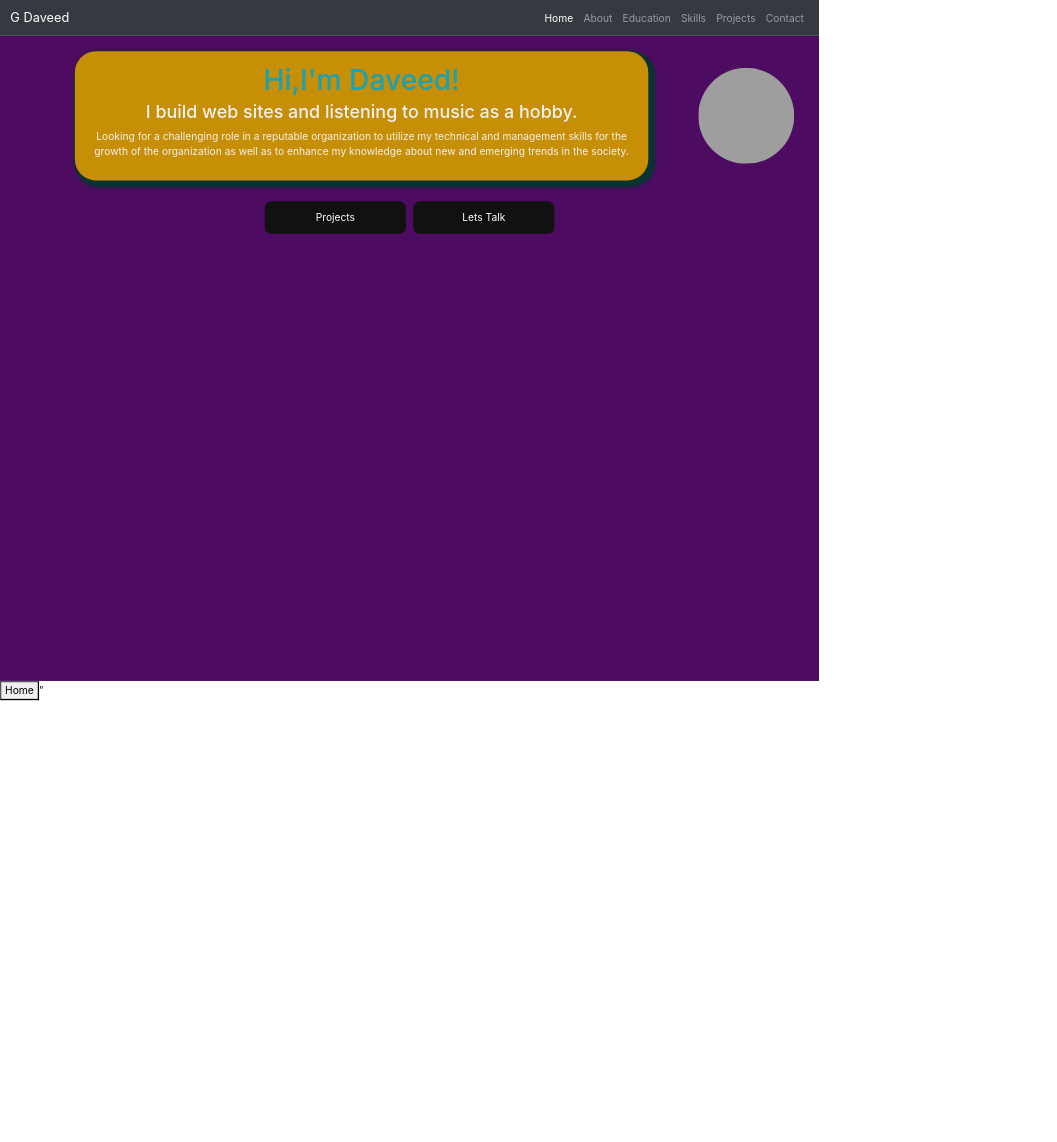
Repository: DaveedGangi/DaveedWebsite
Page: one.html
The author's editor kept a copy of each file at every save. The page is drawn from the files as they stood at one save, then again after the next save.
The browser window is 1280 px wide. The page is 1280 px wide, then 1652 px, then 1280 px, so the pictures cover 1652 px, including what lies to the right of the window. The pictures show the whole page, at 64% of full size.
Pictures or frames that could not be fetched are drawn as grey boxes.

Above is the page before, as saved 2023-10-23 13:59:18.

### one.html
<html>
    <head>
    <link rel="stylesheet" href="two.css"></link>
    <link rel="stylesheet" href="https://cdn.jsdelivr.net/npm/bootstrap@4.5.3/dist/css/bootstrap.min.css" integrity="sha384-TX8t27EcRE3e/ihU7zmQxVncDAy5uIKz4rEkgIXeMed4M0jlfIDPvg6uqKI2xXr2" crossorigin="anonymous">
    <script src="https://code.jquery.com/jquery-3.5.1.slim.min.js" integrity="sha384-DfXdz2htPH0lsSSs5nCTpuj/zy4C+OGpamoFVy38MVBnE+IbbVYUew+OrCXaRkfj" crossorigin="anonymous"></script>
    <script src="https://cdn.jsdelivr.net/npm/bootstrap@4.5.3/dist/js/bootstrap.bundle.min.js" integrity="sha384-ho+j7jyWK8fNQe+A12Hb8AhRq26LrZ/JpcUGGOn+Y7RsweNrtN/tE3MoK7ZeZDyx" crossorigin="anonymous"></script>



</head>

<body>

    <nav class="navbar navbar-expand-lg navbar-dark bg-dark">
        <a class="navbar-brand" href="#">G Daveed</a>
        <button class="navbar-toggler" type="button" data-toggle="collapse" data-target="#navbarNavAltMarkup" aria-controls="navbarNavAltMarkup" aria-expanded="false" aria-label="Toggle navigation">
          <span class="navbar-toggler-icon"></span>
        </button>
        <div class="collapse navbar-collapse" id="navbarNavAltMarkup">
          <div class="navbar-nav ml-auto">
            <a class="nav-link active" href="#">Home <span class="sr-only">(current)</span></a>

            <a class="nav-link" href="#">About</a>
            <a class="nav-link" href="#">Education</a>
            <a class="nav-link" href="#">Skills</a>
            <a class="nav-link" href="#">Projects</a>
            <a class="nav-link" href="#">Contact</a>

          </div>
        </div>
      </nav>

   <div class="bgcontainer">
      <div class="mystory">
        <div>
          <img class="image1" src="https://i.ibb.co/T4YX7Jh/IMG-20221229-170952.jpg">
        </div>
        <div class="card1">
        <h1 class="hi text-info">Hi,I'm Daveed!</h1>
        <h3 class="paragraph">I build web sites and listening to music as a hobby.</h3>

        <p>Looking for a challenging role in a reputable organization to utilize my technical and management  skills for the growth of the organization as well as to enhance my knowledge about new and emerging trends in  the society. </p>

      </div>
      <div>
        <img class="image2" src="https://i.ibb.co/T4YX7Jh/IMG-20221229-170952.jpg">
      </div>

    </div>

    <div class="buttons">
    <button onclick="display('sectionProjects')"class="btn1 glow-on-hover">Projects</button>
    <button class="glow-on-hover">Lets Talk</button>
    </div>

  </div>




<div id="sectionProjects">
<div class="projects">
<button type="button" onclick="display('sectionHome')">Home</button>"
</div>
</div>




  <script type="text/javascript" src="https://d1tgh8fmlzexmh.cloudfront.net/ccbp-static-website/js/ccbp-ui-kit.js"></script>

</body>
</html>

### two.css
.bgcontainer {
    height:140vh;
    background-size:cover;
    background-color:rgb(77, 11, 97);

}
.mystory{
    color:rgb(244, 241, 245);
    display: flex;
    flex-direction:column;
    justify-content: center;
    padding-top:24px;
    justify-content:space-around;
    align-items: center;

}
.image1{
    height:150px;
    width:150px;
    border-radius:100px;
    margin:33px;
    border-color: #0a2608;
    box-shadow:2px 0px 5px 5px  #0c0c04;

}
.image2{
    height:150px;
    width:150px;
    border-radius:100px;
    display: none;

}
.card1{

    width:70vw;
    background-color:rgb(198, 143, 5);
    border-radius: 33px;
    display: flex;
    padding:18px;
    flex-direction: column;
    text-align: center;
    align-items:center;
    box-shadow:5px 5px 4px 6px rgb(9, 52, 49);
}
.buttons{
    display: flex;
    flex-direction: row;
    justify-content: center;
    margin-top:33px;

}
.btn1{
    margin-right:12px;

}
.glow-on-hover {
    width: 220px;
    height: 50px;
    border: none;
    outline: none;
    color: #fff;
    background: #111;
    cursor: pointer;
    position: relative;
    z-index: 0;
    border-radius: 10px;
}

.glow-on-hover:before {
    content: '';
    background: linear-gradient(45deg, #ff0000, #ff7300, #fffb00, #48ff00, #00ffd5, #002bff, #7a00ff, #ff00c8, #ff0000);
    position: absolute;
    top: -2px;
    left:-2px;
    background-size: 400%;
    z-index: -1;
    filter: blur(5px);
    width: calc(100% + 4px);
    height: calc(100% + 4px);
    animation: glowing 20s linear infinite;
    opacity: 0;
    transition: opacity .3s ease-in-out;
    border-radius: 10px;
}

.glow-on-hover:active {
    color: #000
}

.glow-on-hover:active:after {
    background: transparent;
}

.glow-on-hover:hover:before {
    opacity: 1;
}

.glow-on-hover:after {
    z-index: -1;
    content: '';
    position: absolute;
    width: 100%;
    height: 100%;
    background: #111;
    left: 0;
    top: 0;
    border-radius: 10px;
}

@keyframes glowing {
    0% { background-position: 0 0; }
    50% { background-position: 400% 0; }
    100% { background-position: 0 0; }
}


.projects{
    height:100vh;
    background-size:cover;

}













.btn2{
    margin-left:12px;

}
.hi{
    font-size:44px;
}
@media (min-width: 768px){
    .mystory{
        display: flex;
        flex-direction: row;
    }
    .image1{
        display:none;
    }
    .image2{
        display: block;
    }

}

After the next save:
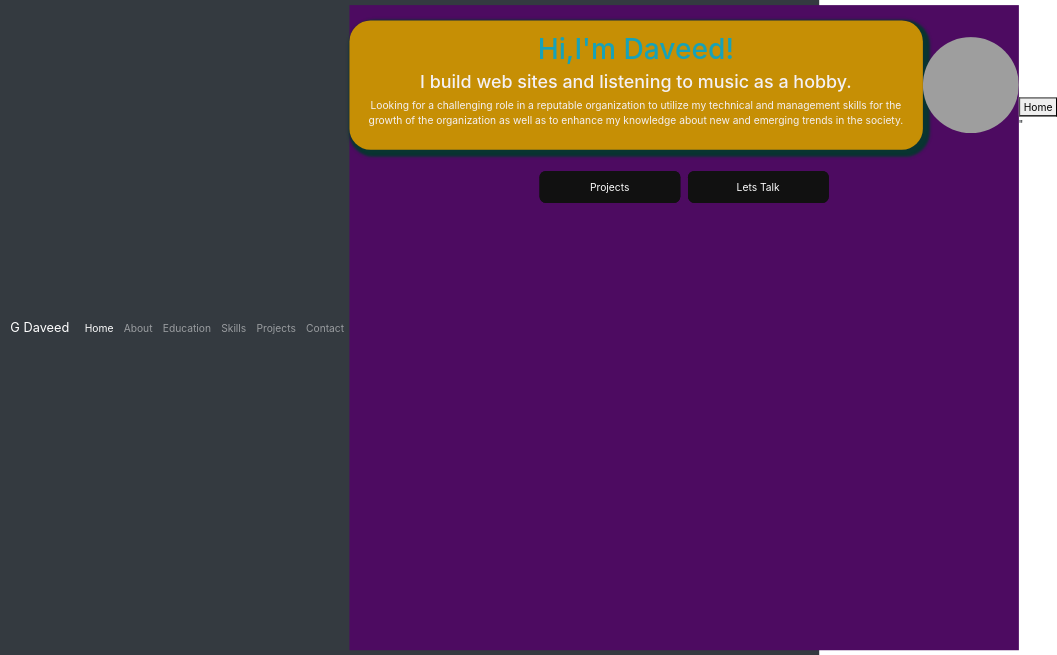
Saved 39 s later.
--- a/one.html
+++ b/one.html
@@ -10,7 +10,7 @@
 </head>
 
 <body>
-
+<div id=""
     <nav class="navbar navbar-expand-lg navbar-dark bg-dark">
         <a class="navbar-brand" href="#">G Daveed</a>
         <button class="navbar-toggler" type="button" data-toggle="collapse" data-target="#navbarNavAltMarkup" aria-controls="navbarNavAltMarkup" aria-expanded="false" aria-label="Toggle navigation">

After the save that followed:
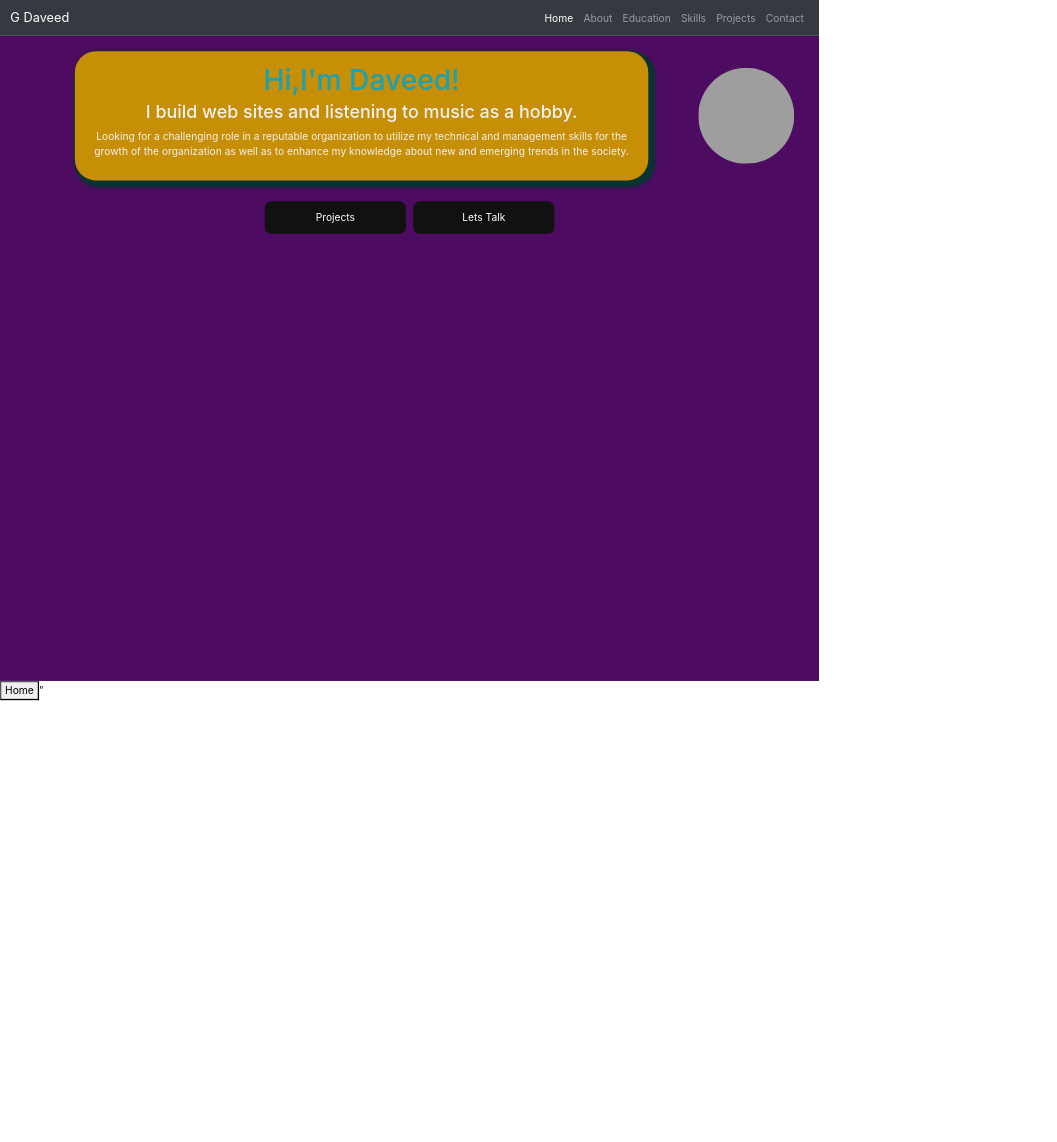
Saved 5 s later.
--- a/one.html
+++ b/one.html
@@ -10,7 +10,7 @@
 </head>
 
 <body>
-<div id=""
+<div id="sectionHome"></div>
     <nav class="navbar navbar-expand-lg navbar-dark bg-dark">
         <a class="navbar-brand" href="#">G Daveed</a>
         <button class="navbar-toggler" type="button" data-toggle="collapse" data-target="#navbarNavAltMarkup" aria-controls="navbarNavAltMarkup" aria-expanded="false" aria-label="Toggle navigation">
